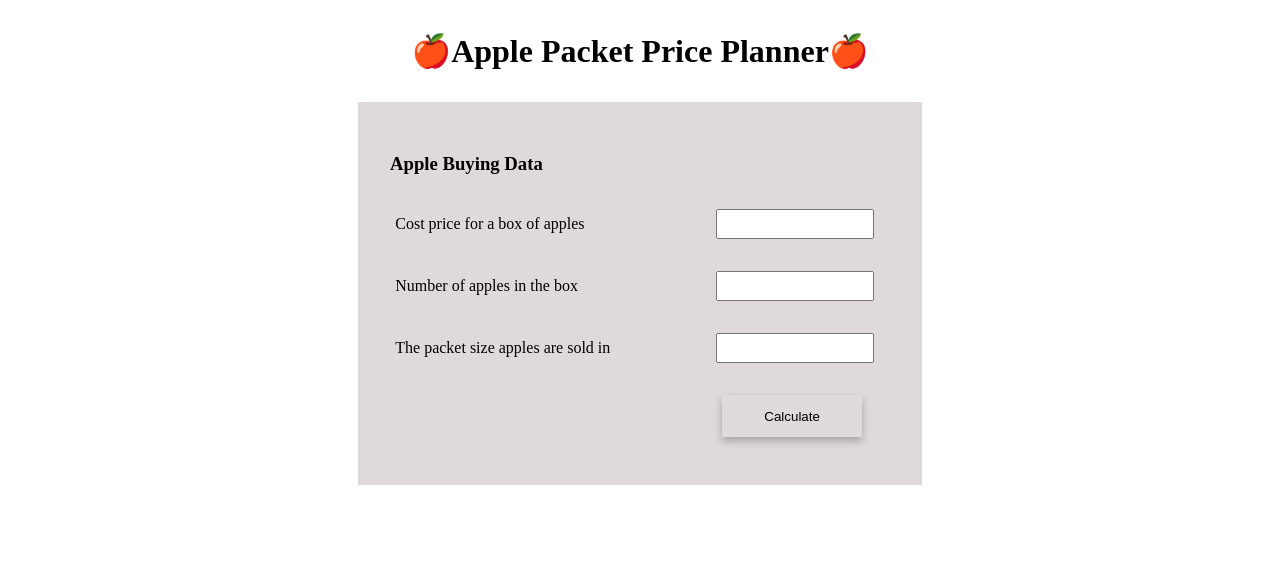
Repository: lasity34/apple-packet-price-planner
Page: index.html
An editor plug-in stored every save of this project. The page is shown before and after the next save, followed by the edit.
The browser window is 1280 px wide. The pictures show the whole page.

Above is the page before, as saved 2023-05-29 11:08:42.

After the next save:
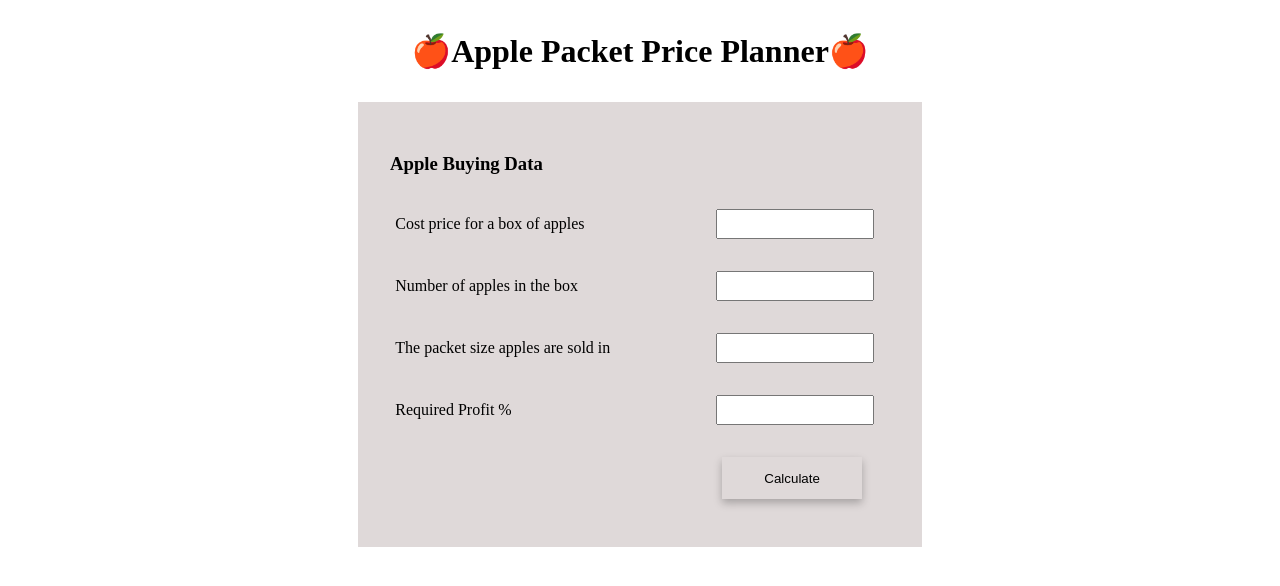
Saved 2 min 39 s later.
--- a/index.html
+++ b/index.html
@@ -34,6 +34,12 @@
           <input type="number" id="packet_size" name="packet_size" required /><br />
         </div>
       </section>
+      <section class="input_section">
+        <div class="input_container">
+          <label for="profit_required">Required Profit %</label><br />
+          <input type="number" id="profit_required" name="profit_required" required /><br />
+        </div>
+      </section>
       <div class="btn_container">
         <div></div>
         <button class="calculate_btn">Calculate</button>
